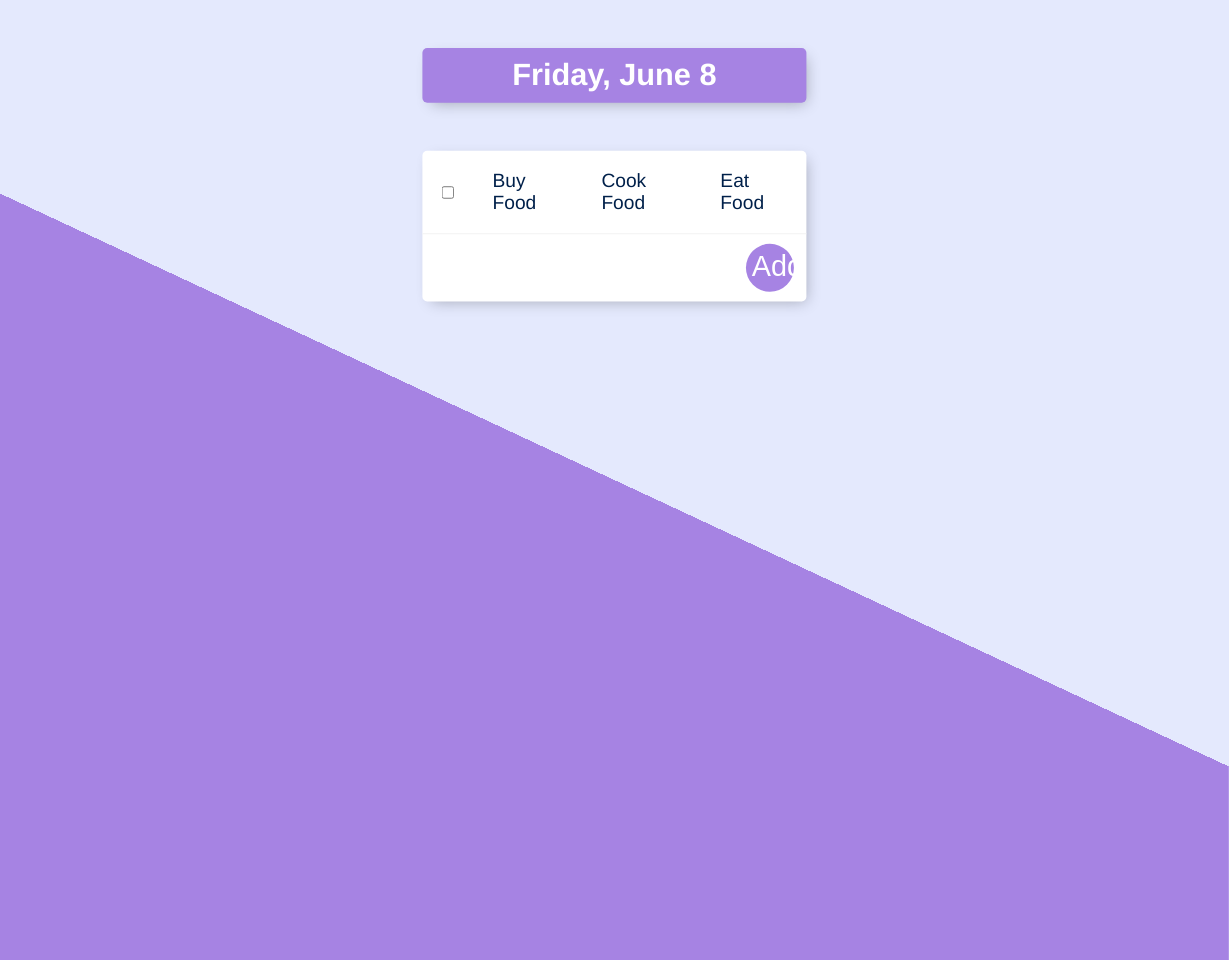
Repository: DESTINYAS/ToDo-List
Page: http://localhost/
The author's editor kept a copy of each file at every save. The page is drawn from the files as they stood at one save, then again after the next save.
The browser window is 1280 px wide. The pictures show the whole page, at 96% of full size.
The page is served by the project's Node server (app.js).

Above is the page before, as saved 2022-08-24 14:29:34.

After the next save:
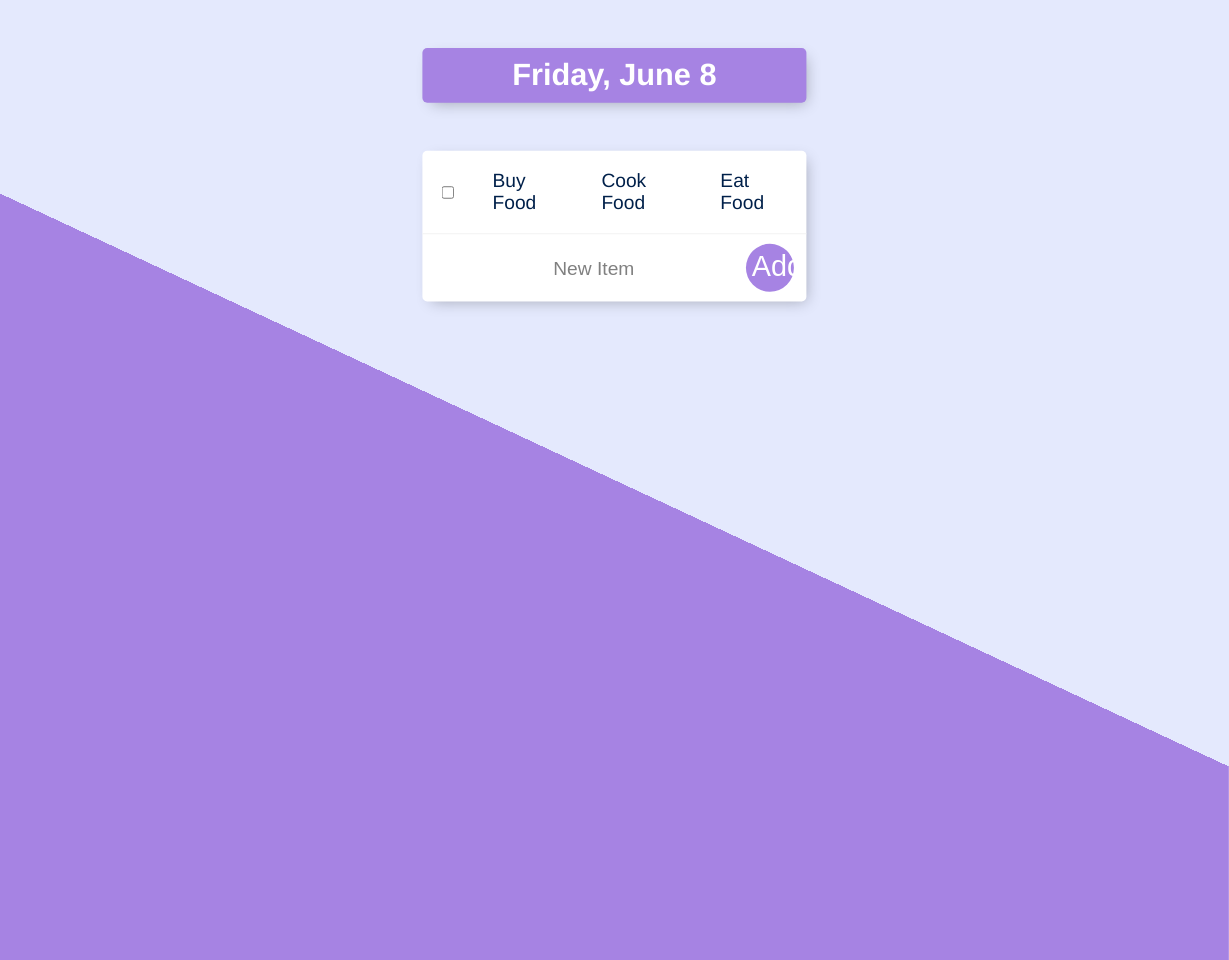
Saved 64 s later.
--- a/views/list.ejs
+++ b/views/list.ejs
@@ -20,7 +20,7 @@
           <%}%>
       </div>
       <form class="item" action="/" method="post">
-        <input type="text" name="newItem" />
+        <input type="text" name="newItem" placeholder="New Item"/>
         <button type="submit">Add</button>
       </form>
     </div>
